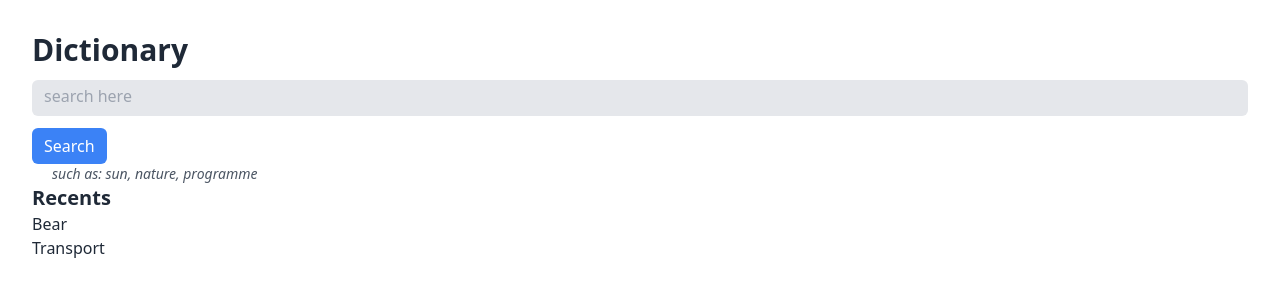
Repository: imokha01/dictionary-app
Page: /
The author's editor kept a copy of each file at every save. The page is drawn from the files as they stood at one save, then again after the next save.
The browser window is 1280 px wide. The pictures show the whole page.
The project was rebuilt for these pictures with package versions that can differ from the ones it lists, and the page was loaded fresh each time. Also part of the build but not shown: vite.config.js, src/App.css.

Above is the page before, as saved 2024-02-19 11:03:00.

After the next save:
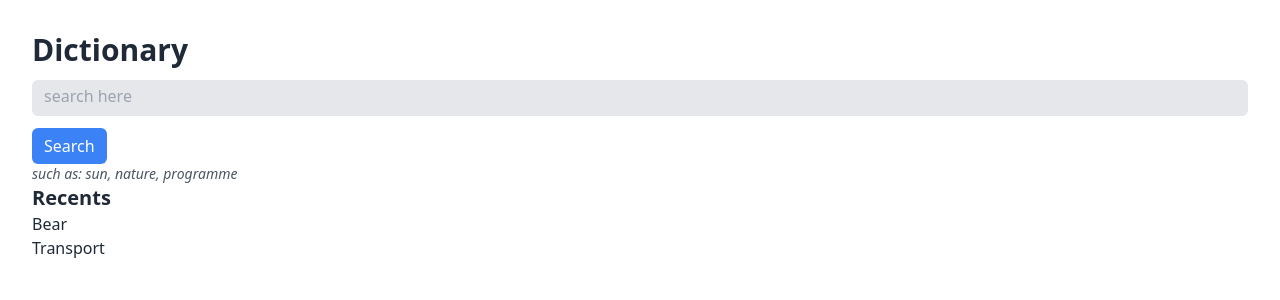
Saved 2 min 35 s later.
--- a/src/pages/Home.jsx
+++ b/src/pages/Home.jsx
@@ -7,7 +7,7 @@ const Home = () => {
                 <div className="flex flex-col">
                     <input className="bg-gray-200 rounded-md h-9 pl-3 pb-1 mb-3" type="text" placeholder="search here" />
                     <button className="bg-blue-500 text-white rounded-md px-3 py-1.5 w-fit">Search</button>
-                    <i className="text-gray-600 pl-5 text-sm">such as: sun, nature, programme</i>
+                    <i className="text-gray-600 text-sm">such as: sun, nature, programme</i>
                 </div>
             </div>
             <div>
